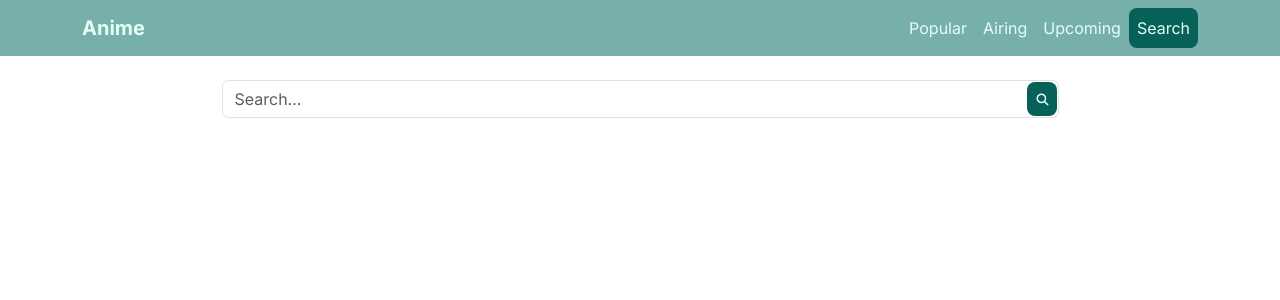
Repository: YomnaWegdan/anime
Page: /search
These files come from the project's save history. The page is drawn as it stood at one moment and after the next save; the edit follows.
The browser window is 1280 px wide. The pictures show the whole page.
The project was rebuilt for these pictures with package versions that can differ from the ones it lists, and the page was loaded fresh each time. The framework's server and built-in components were replaced by stand-ins that run in the browser. Also part of the build but not shown: next.config.mjs, src/app/animateCard/animateCard.jsx.

Above is the page before, as saved 2024-05-17 21:59:37.

After the next save:
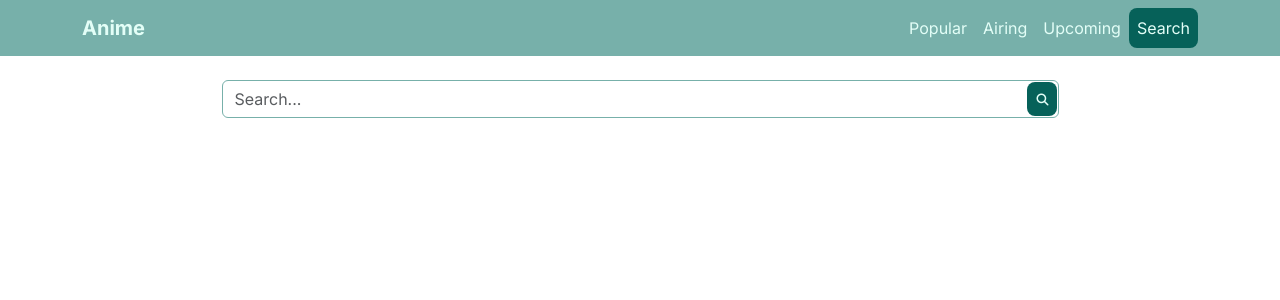
Saved 4 s later.
--- a/src/app/globals.css
+++ b/src/app/globals.css
@@ -154,6 +154,7 @@ a {
   top: 5.3%;
 }
 .form-control{
+  border-color: #77B0AA;
 
 }
 .form-control:focus {
